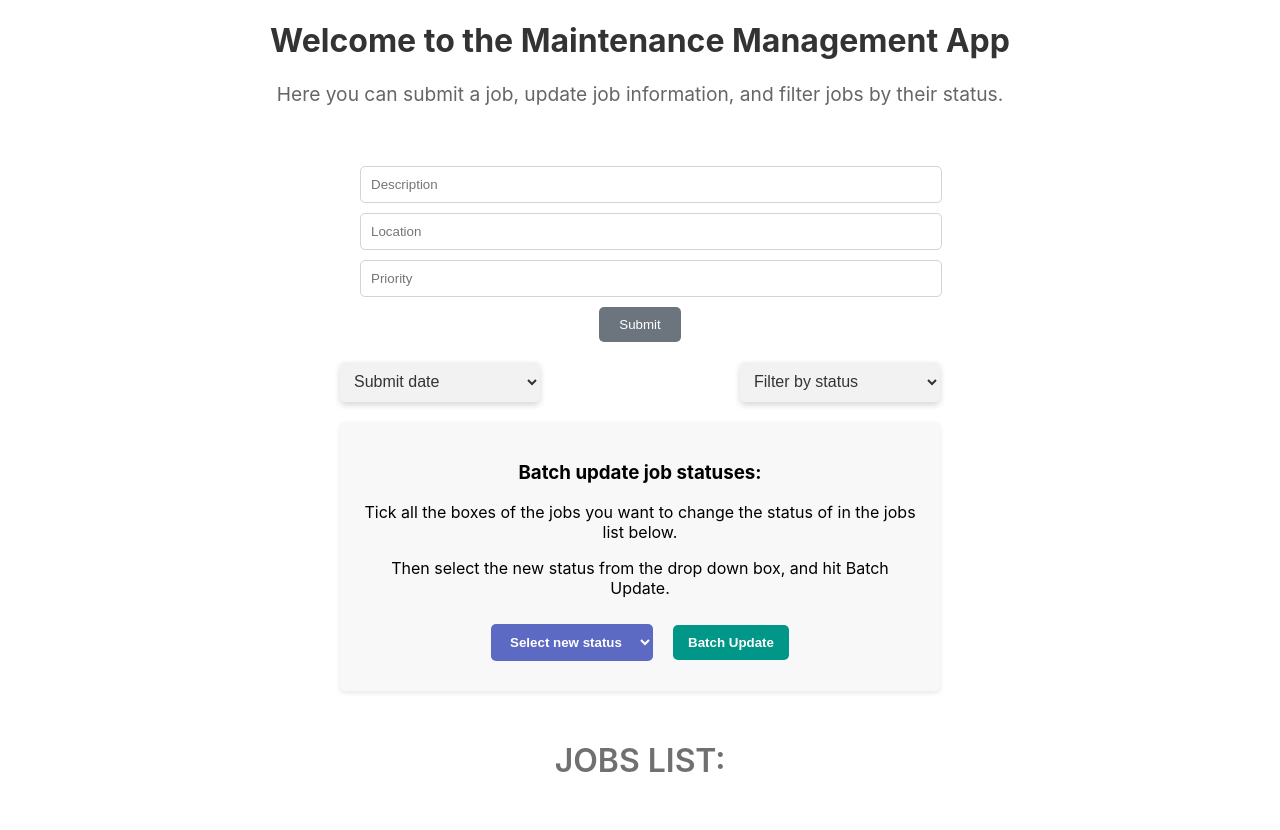
Repository: mikasteyn999/Maintenance-Manager-App
Page: / (app in frontend/)
The author's editor kept a copy of each file at every save. The page is drawn from the files as they stood at one save, then again after the next save.
The browser window is 1280 px wide. The pictures show the whole page.
The page's requests for data from a server got no answer. The project was rebuilt for these pictures with package versions that can differ from the ones it lists, and the page was loaded fresh each time. No one was signed in, and anything a server would have sent is missing. Also part of the build but not shown: frontend/src/style/Job.css, frontend/src/components/Job.js, frontend/src/style/JobUpdateForm.css, frontend/src/components/JobUpdateForm.js.

Above is the page before, as saved 2023-06-05 17:46:44.

### frontend/src/App.js
// Import necessary libraries and components
import React from 'react';
import Router from './Router';
import './style/App.css'

// Define the App component
// This component uses the Router component to handle routing
const App = () => {
  return (
    <div className="app">
      <h1 className="app-title">Welcome to the Maintenance Management App</h1> {/* Welcome title */}
      <p className="app-instructions">Here you can submit a job, update job information, and filter jobs by their status.</p> {/* Instructions */}
      <Router /> {/* Use Router component for handling routes */}
    </div>
  );
}

// Export the App component
export default App;

### frontend/src/Router.js
// Import necessary libraries and components
import React from 'react';
import { BrowserRouter as Router, Route, Routes } from 'react-router-dom';
import Home from './components/Home';
import JobForm from './components/JobForm';
import JobsList from './components/JobsList';
import JobUpdateForm from './components/JobUpdateForm'

// Define the Router component
// This component defines the routes for the React app
// The Home component (which contains both the JobForm and JobsList components) is displayed when the path is exactly "/"
// The JobForm component is displayed when the path is "/submit"
// The JobsList component is displayed when the path is "/jobs"
const AppRouter = () => {
    return (
        <Router>
            <Routes>
                <Route path="/" element={<Home />} /> {/* Home route */}
                <Route path="/submit" element={<JobForm />} /> {/* Job submission route */}
                <Route path="/jobs" element={<JobsList />} /> {/* Jobs listing route */}
                <Route path="/edit/:id" element={<JobUpdateForm />} />
            </Routes>
        </Router>
    );
};

// Export the Router component
export default AppRouter;

### frontend/src/style/App.css
/* App.css */

.app {
  text-align: center;
}

.app-title {
  font-size: 2em;
  color: #333;
  text-align: center;
}

.app-instructions {
  font-size: 1.2em;
  color: #666;
  margin-bottom: 20px;
  text-align: center;
}

/* style the form container */
.app .job-form {
  max-width: 600px;  /* limit the width */
  margin: 0 auto;   /* center the form */
  padding: 20px;    /* add some padding */
}

/* style the jobs list container */
.app .jobs-list {
  max-width: 600px;  /* limit the width */
  margin: 0 auto;   /* center the jobs list */
  padding: 20px;    /* add some padding */
}

.app .jobs-list .batch-update {
  max-width: 800px;
}

### frontend/src/components/Home.js
// Import necessary components
import React from 'react';
import JobsList from './JobsList';

// Define the Home component
// This component contains the job submission form and job listings
const Home = () => {
  return (
    <div className="home">
      <JobsList /> {/* Job listings */}
    </div>
  );
}

// Export the Home component
export default Home;

### frontend/src/components/JobForm.js
// Import React
import React, { useState } from 'react';
import '../style/JobForm.css'; // Import the CSS

// Define the JobForm component. This component will contain a form that allows users to submit a new job.
// The component has a local state, job, which is updated every time the user types in one of the form inputs.
// The handleChange function updates the job state.
// The handleSubmit function makes a POST request to the /jobs route to submit the new job.
const JobForm = (props) => {
  const [job, setJob] = useState({ description: '', location: '', priority: '' });

  // Adding new state variable for error message.
  const [error, setError] = useState('');

  const handleChange = (e) => {
    setJob({ ...job, [e.target.name]: e.target.value });
  };

  const handleSubmit = async (e) => {
    e.preventDefault();

    // Adding form validation. Check that all fields are filled and priority is a number.
    if (!job.description || !job.location || !job.priority) {
      setError('Please fill in all fields'); // Set error message
      return; // Stop the function
    }
    if (isNaN(job.priority)) {
      setError('Priority must be a number'); // Set error message
      return; // Stop the function
    }

    try {
      const response = await fetch('http://localhost:5000/api/jobs', {
        method: 'POST',
        headers: {
          'Content-Type': 'application/json',
        },
        body: JSON.stringify(job),
      });
      if (!response.ok) {
        throw new Error(`HTTP error! status: ${response.status}`);
      }
      const newJob = await response.json();
      console.log("New Job:", newJob);  // log new job
      props.addNewJob(newJob); // add the new job to the jobs list
      setError(''); // Clear the error message if the job was successfully added
    } catch (err) {
      setError('An error occurred when submitting the job'); // Set error message
    }
  };

  // In the return statement, a new paragraph is added to display any error messages
  return (
    <form className="job-form" onSubmit={handleSubmit}>
      {error && <p className="error">{error}</p>} {/* Display error message if there is one */}
      <input type="text" name="description" value={job.description} onChange={handleChange} placeholder="Description" />
      <input type="text" name="location" value={job.location} onChange={handleChange} placeholder="Location" />
      <input type="text" name="priority" value={job.priority} onChange={handleChange} placeholder="Priority" />
      <button type="submit">Submit</button>
    </form>
  );
};

export default JobForm;

### frontend/src/components/JobsList.js
// Import necessary modules
import React, { useEffect, useState } from 'react';
import Job from './Job';
import JobForm from './JobForm';
import '../style/JobsList.css';

// Define the JobsList component
const JobsList = () => {
  // Initialize state variables
  const [jobs, setJobs] = useState([]);
  const [sortOrder, setSortOrder] = useState("date"); // Default sort order is by date
  const [selectedJobs, setSelectedJobs] = useState([]);
  const [filterStatus, setFilterStatus] = useState("");
  const [jobAdded, setJobAdded] = useState(false);
  const [errorMessage, setErrorMessage] = useState(''); // Add state for error message
  const [batchUpdateMessage, setBatchUpdateMessage] = useState(''); // State for batch success message



   // Fetch jobs function
   const fetchJobs = async () => {
    let url = `http://localhost:5000/api/jobs?sort=${sortOrder}`;
    if (filterStatus) url += `&status=${filterStatus}`; // Add status query parameter if a status filter is selected
    const response = await fetch(url);
    const data = await response.json();
    setJobs(data.filter(job => job.status !== 'Archived')); // Filter out archived jobs
  };

  // Fetch jobs when the component is first rendered and when sortOrder or filterStatus changes
  useEffect(() => {
    fetchJobs();
  }, [sortOrder, filterStatus]);

  // Hide job added message after 2 seconds when a job is added
  useEffect(() => {
    if (jobAdded) {
      setTimeout(() => {
        setJobAdded(false);
      }, 2000); // 2000ms = 2s
    }
  }, [jobAdded]);

  // Update sort order
  const handleSortChange = (event) => {
    setSortOrder(event.target.value);
  };

    // Batch update function
    const handleBatchUpdate = async () => {
      const status = document.getElementById('batchStatusUpdate').value;
      if (!status) {
        console.error('No status selected for batch update');
        setErrorMessage('Please select a status for batch update');
        return;
      }
      if (selectedJobs.length === 0) {
        console.error('No jobs selected for batch update');
        setErrorMessage('Please select at least one job for batch update');
        return;
      }
      try {
        const response = await fetch('http://localhost:5000/api/jobs/batch', {
            method: 'PUT',
            headers: {
                'Content-Type': 'application/json',
            },
            body: JSON.stringify({ jobIds: selectedJobs, status }),
        });

        if (response.ok) {
          console.log('Batch update successful');
          setBatchUpdateMessage('Batch update successful!');
          setTimeout(() => setBatchUpdateMessage(''), 3000); // Clear message after 3 seconds
          setSelectedJobs([]); // Clear selected jobs after successful update
          setErrorMessage(''); // Clear the error message after successful update
          // fetch the jobs again
          fetchJobs();
        } else {
          console.error('Failed to batch update jobs');
          setErrorMessage('Failed to batch update jobs');
          setTimeout(() => setBatchUpdateMessage(''), 3000); // Clear message after 3 seconds
        }
      } catch (error) {
        console.error(`An error occurred: ${error}`);
      }
    };

    // Function to handle archive
    const handleArchive = async (jobId) => {
      try {
        const response = await fetch(`http://localhost:5000/api/jobs/archive/${jobId}`, {
          method: 'PUT',
        });

        if (!response.ok) {
          console.error('Failed to archive job');
        } else {
          setJobs(jobs.filter(job => job._id !== jobId)); // Remove the archived job from the local state
        }
      } catch (error) {
        console.error(`An error occurred: ${error}`);
      }
    };

    // Pass handleArchive as a prop to the Job component
    {jobs.map((job) => (
      <Job key={job._id} job={job} handleArchive={handleArchive} selectedJobs={selectedJobs} setSelectedJobs={setSelectedJobs} />
    ))}

    const addNewJob = (newJob) => {
      console.log("addNewJob called with:", newJob);  // log input to addNewJob
      setJobs([newJob, ...jobs]);
      setJobAdded(true); // Display job added message
    };


    return (
      <div className='jobs-list'>

        {/* Display job added message */}
        {jobAdded && <p className='success-message'>Job added successfully!</p>}

        {/* Add JobForm here */}
        <JobForm addNewJob={addNewJob} />

        {/* Add sort order dropdown */}
        <select className='select-sort' value={sortOrder} onChange={handleSortChange}>
          <option value="">Sort by</option>
          <option value="date">Submit date</option>
          <option value="status">Status</option>
        </select>

        {/* Add status filter dropdown */}
        <select className='select-filter' value={filterStatus} onChange={(e) => setFilterStatus(e.target.value)}>
          <option value="">Filter by status</option>
          <option value="Submitted">Submitted</option>
          <option value="In Progress">In Progress</option>
          <option value="Completed">Completed</option>
        </select>

        {/* Batch update */}
        <div className='batch-update'>
          <h3>Batch update job statuses:</h3>
          <p>Tick all the boxes of the jobs you want to change the status of in the jobs list below.</p>
          <p>Then select the new status from the drop down box, and hit Batch Update.</p>
          <select id="batchStatusUpdate" name="batchStatusUpdate">
            <option value="">Select new status</option>
            <option value="Submitted">Submitted</option>
            <option value="In Progress">In Progress</option>
            <option value="Completed">Completed</option>
          </select>
          <button onClick={handleBatchUpdate}>Batch Update</button>
        </div>

        {/* Display success message */}
        {batchUpdateMessage && <p className="success-message">{batchUpdateMessage}</p>}

        {/* Display error message if there is one */}
        {errorMessage && <p className="error-message">{errorMessage}</p>}

        <div className='jobs-header'>JOBS LIST:</div>

        {/* List the jobs */}
        {jobs.map((job) => (
          <Job key={job._id} job={job} handleArchive={handleArchive} selectedJobs={selectedJobs} setSelectedJobs={setSelectedJobs} />
        ))}
      </div>
    );
};

export default JobsList;

### frontend/src/style/JobForm.css
.job-form {
    margin-bottom: 20px;
    width: 600px;
}

.job-form input {
    display: block;
    width: 100%;
    padding: 10px;
    margin-bottom: 10px;
    border: 1px solid #ced4da;
    border-radius: 5px;
}

.job-form button {
    padding: 10px 20px;
    border: none;
    border-radius: 5px;
    background-color: #6c757d;
    color: #fff;
    cursor: pointer;
}

### frontend/src/style/JobsList.css
.jobs-list {
    display: flex;
    flex-wrap: wrap;
    justify-content: space-between;
}

.jobs-header {
    font-size: xx-large;
    padding: 5%;
    font-weight: 600;
    color: rgb(112, 112, 112);
    width: 600px;
}

/* Style the select element */
.select-sort {
    width: 200px;
    height: 40px;
    border: none;
    border-radius: 5px;
    padding: 5px 10px;
    margin-bottom: 20px;
    box-shadow: 0 3px 6px 0 rgba(0,0,0,0.16);
    font-size: 16px;
    color: #333;
    background-color: #f2f2f2;
    transition: background-color 0.3s ease;
}

/* Style the options inside the select element */
.select-sort option {
    color: #333;
    background-color: #f2f2f2;
}

/* Change the background color of the select when it's focused */
.select-sort:focus {
    background-color: #e6e6e6;
}

.batch-update {
    max-width: 800px;
    align-items: center;
    justify-content: space-between;
    padding: 20px;
    margin-bottom: 20px;
    background-color: #f8f8f8;
    border-radius: 5px;
    box-shadow: 0 2px 5px rgba(0,0,0,0.1);
}

.batch-update select,
.batch-update button {
    padding: 10px 15px;
    border: none;
    border-radius: 5px;
    background-color: #5c6ac4;
    color: white;
    font-weight: bold;
    cursor: pointer;
    margin: 10px;
}


.batch-update button {
    background-color: #009688;
}

.batch-update button:hover {
    background-color: #00796b;
}

/* Style the select element */
.select-filter {
    width: 200px;
    height: 40px;
    border: none;
    border-radius: 5px;
    padding: 5px 10px;
    margin-bottom: 20px;
    box-shadow: 0 3px 6px 0 rgba(0,0,0,0.16);
    font-size: 16px;
    color: #333;
    background-color: #f2f2f2;
    transition: background-color 0.3s ease;
}

/* Style the options inside the select element */
.select-filter option {
    color: #333;
    background-color: #f2f2f2;
}

.error-message {
    color: red;
    font-weight: bold;
}

.success-message {
    color:rgb(6, 204, 6);
    font-weight: bold;
}

Loaded but not shown: frontend/public/index.html (common file); frontend/src/index.js (common file); frontend/src/index.css (common file); frontend/src/reportWebVitals.js (common file)

After the next save:
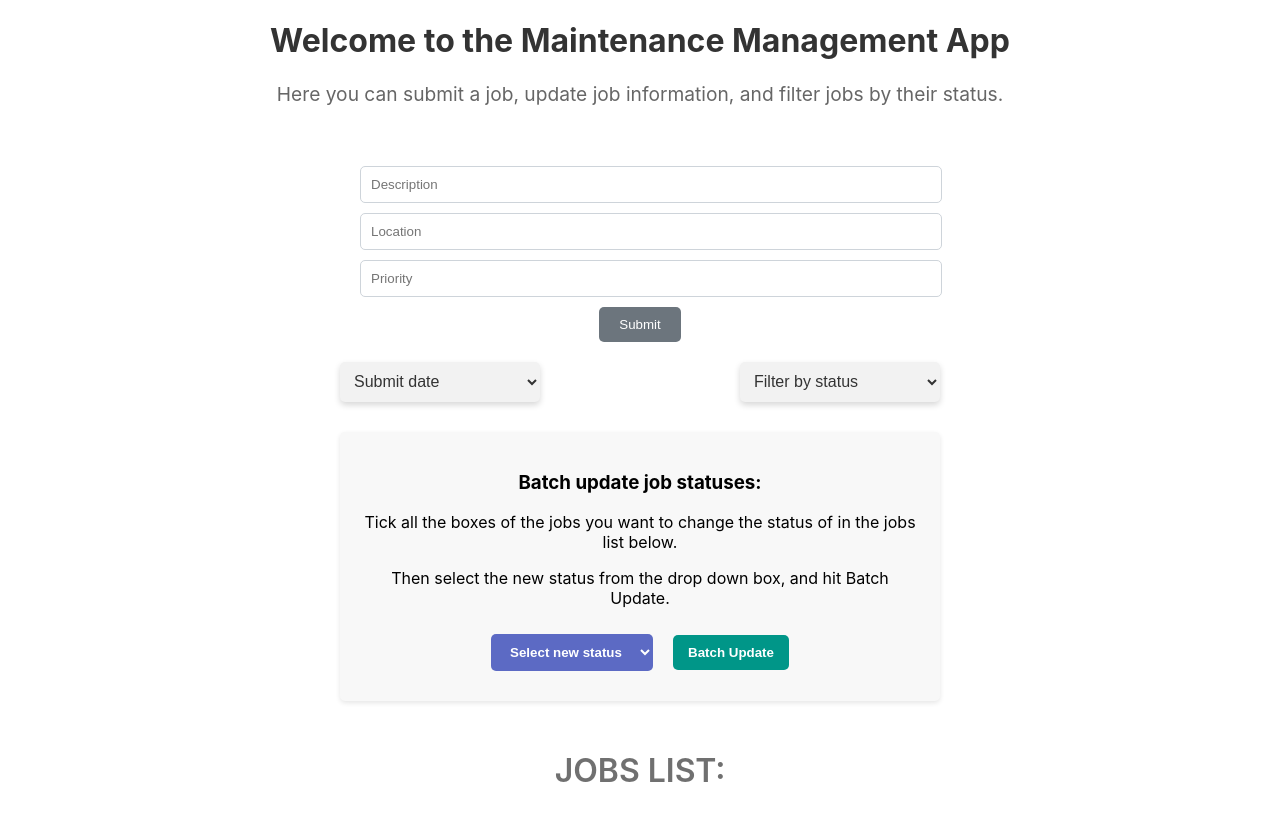
Saved 13 s later.
--- a/frontend/src/style/JobsList.css
+++ b/frontend/src/style/JobsList.css
@@ -77,7 +77,7 @@
     border: none;
     border-radius: 5px;
     padding: 5px 10px;
-    margin-bottom: 20px;
+    margin-bottom: 30px;
     box-shadow: 0 3px 6px 0 rgba(0,0,0,0.16);
     font-size: 16px;
     color: #333;
